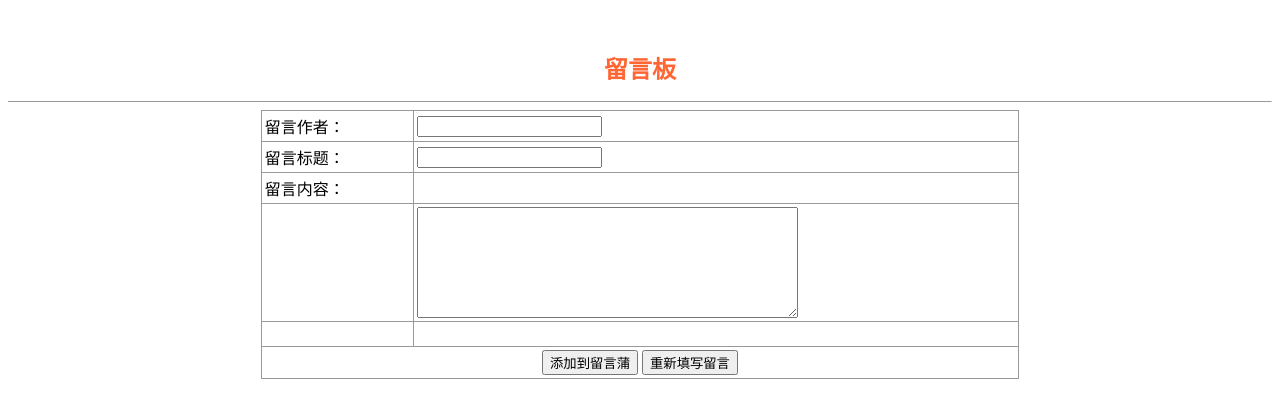
Repository: frankstar007/java
Page: http://localhost/CommentBoard/comment1.jsp
The author's editor kept a copy of each file at every save. The page is drawn from the files as they stood at one save, then again after a run of saves.
The browser window is 1280 px wide. The pictures show the whole page.
The page is served by Tomcat 9. Other server files are loaded and not shown.

Above is the page before, as saved 2016-05-12 09:08:19.

### CommentBoard/WebContent/comment1.jsp
<%@ page language="java" contentType="text/html; charset=UTF-8"
    pageEncoding="UTF-8"%>
    <%
    	String temp = new String();
    	temp = (String) application.getAttribute("num");
    	if (temp == null) {
    		application.setAttribute("num", "0");
    	}
    %>
<!DOCTYPE html PUBLIC "-//W3C//DTD HTML 4.01 Transitional//EN" "http://www.w3.org/TR/html4/loose.dtd">
<html>
<head>
<meta http-equiv="Content-Type" content="text/html; charset=UTF-8">
<title>留言板</title>
</head>
<body bgcolor="#FFFFFF" text="#000000">
<p>&nbsp;</p>
<p align="center">
<b><font size="5" color="#FF6633">留言板</font></b></p>
<hr size="1">
	<form name="form1" method="post" action="comment2.jsp">
		<table width="60%" border="0" cellspacing="1" cellpadding="3"
			align="center" bgcolor="#999999">
			<tr bgcolor="#FFFFFF">
				<td width="20%">留言作者：</td>
				<td width="80%">
					<input type="text" name="txtaut">
				</td>
			</tr>
			<tr bgcolor="#FFFFFF">
				<td width="20%">留言标题：</td>
				<td width="80%">
					<input type="text" name="txttit">
				</td>
			</tr>
			<tr bgcolor="#FFFFFF">
				<td width="20%">留言内容：</td>
				<td width="80%">&nbsp;</td>
			</tr>
			<tr bgcolor="#FFFFFF">
				<td width="20%">&nbsp;</td>
				<td width="80%">
					<textarea name="txtart" rows="7" cols="45"></textarea>
				</td>
			</tr>
			<tr bgcolor="#FFFFFF">
				<td width="20%">&nbsp;</td>
				<td width="80%">&nbsp;</td>
			</tr>
			<tr bgcolor="#FFFFFF">
				<td colspan="2">
					<div align="center">
						<input type="submit" name="cmdok" value="添加到留言蒲">
						<input type="reset" name="cmdreset" value="重新填写留言">
					</div>
			</tr>
		</table>

	</form>

</body>
</html>

After the next 2 saves:
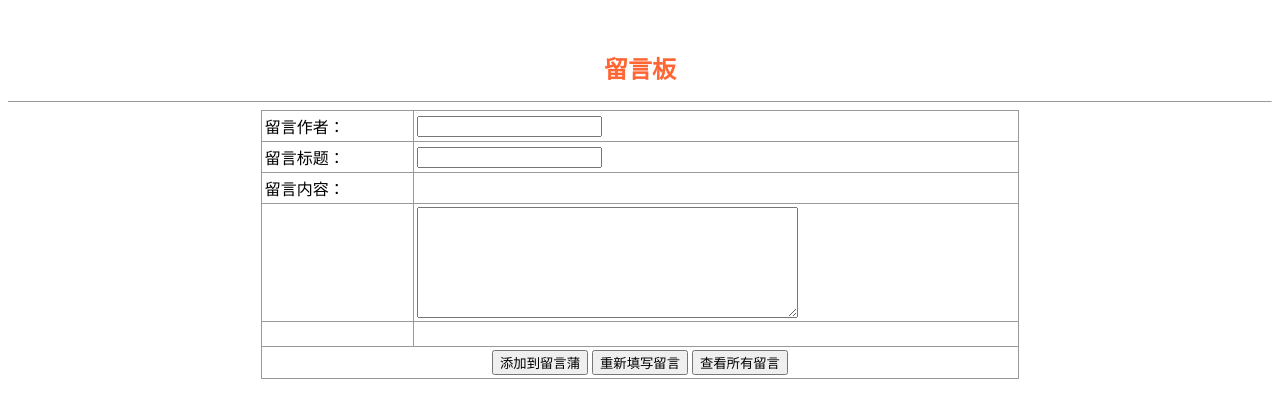
The 2 saves are shown as one change because they came seconds apart.
The last was saved 55 s later.
--- a/CommentBoard/WebContent/comment1.jsp
+++ b/CommentBoard/WebContent/comment1.jsp
@@ -52,6 +52,7 @@
 					<div align="center">
 						<input type="submit" name="cmdok" value="添加到留言蒲">
 						<input type="reset" name="cmdreset" value="重新填写留言">
+						<input type="button" name="cmdread" value="查看所有留言">
 					</div>
 			</tr>
 		</table>
